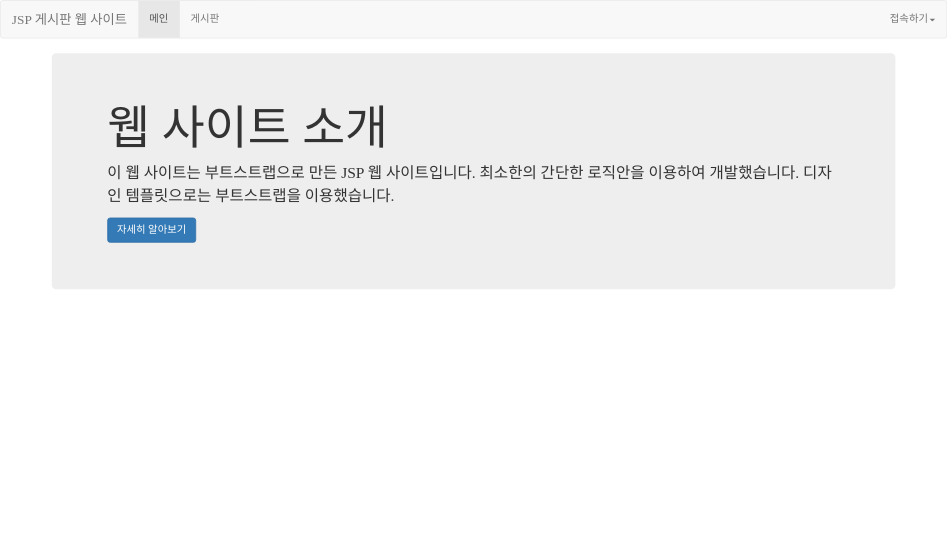
Repository: E-SeongMin/Bulletin-Board-System
Page: http://localhost/BBS_Project/BBS_Content/main.jsp
An editor plug-in stored every save of this project. The page is shown before and after the next save, followed by the edit.
The browser window is 1280 px wide. The pictures show the whole page, at 74% of full size.
Some web fonts or font styles are not loaded; a fallback is used. Some web libraries are served in a nearby version. The page is served by Tomcat 9.

Above is the page before, as saved 2021-05-20 10:02:17.

After the next save:
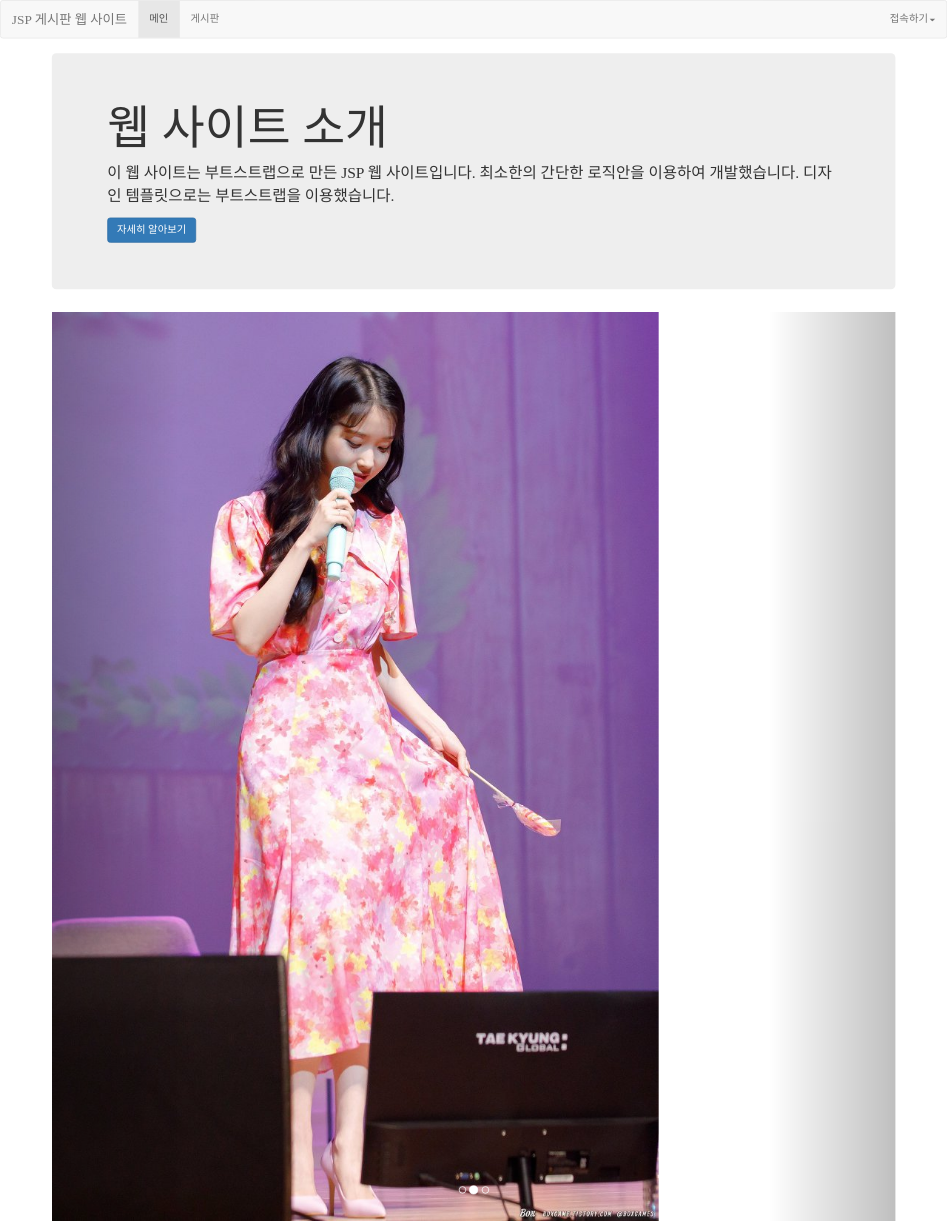
Saved 4 s later.
--- a/projects/BBS_Project/BBS_Content/main.jsp
+++ b/projects/BBS_Project/BBS_Content/main.jsp
@@ -74,6 +74,32 @@
 			</div>
 		</div>
 	</div>
+	<div class="container">
+		<div id="myCarousel" class="carousel" data-ride="carousel">
+			<ol class="carousel-indicators">
+				<li data-target="#myCarousel" data-slide-to="0" class="acitive"></li>
+				<li data-target="#myCarousel" data-slide-to="1"></li>
+				<li data-target="#myCarousel" data-slide-to="2"></li>
+			</ol>
+			<div class="carousel-inner">
+				<div class="item active">
+					<img src="images/1.jpg">
+				</div>
+				<div class="item">
+					<img src="images/2.jpg">
+				</div>
+				<div class="item">
+					<img src="images/3.jpg">
+				</div>
+			</div>
+			<a class="left carousel-control" href="#myCarousel" data-slide="prev">
+				<span class="glyphicon-chevron-left"></span>
+			</a>
+			<a class="right carousel-control" href="#myCarousel" data-slide="next">
+				<span class="glyphicon-chevron-right"></span>
+			</a>
+		</div>
+	</div>
 	<script src="https://code.jquery.com/jquery-3.1.1.min.js"></script>
 	<script src="js/bootstrap.js"></script>
 </body>
